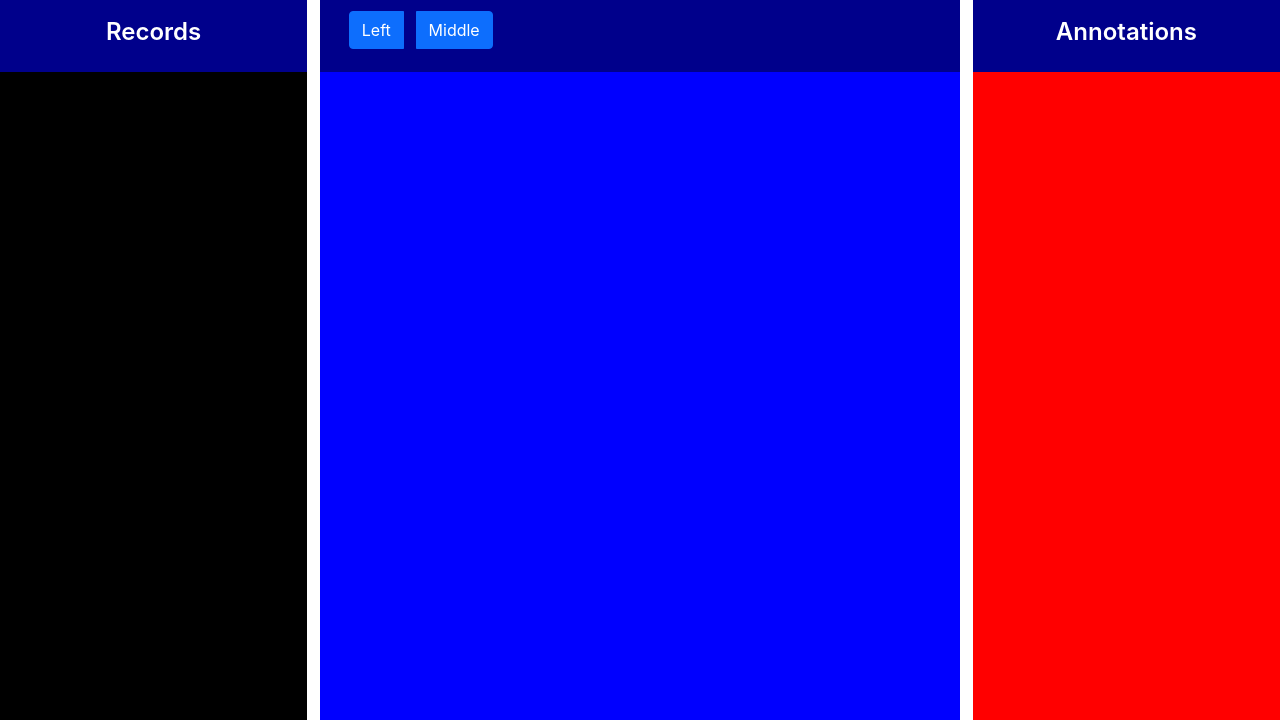
Repository: napan24/classforma_assignment
Page: / (app in client/)
These files come from the project's save history. The page is drawn as it stood at one moment and after the next save; the edit follows.
The browser window is 1280 px wide. The pictures show the whole page.
The project was rebuilt for these pictures with package versions that can differ from the ones it lists, and the page was loaded fresh each time. Also part of the build but not shown: client/src/App.css.

Above is the page before, as saved 2022-07-19 17:02:42.

After the next save:
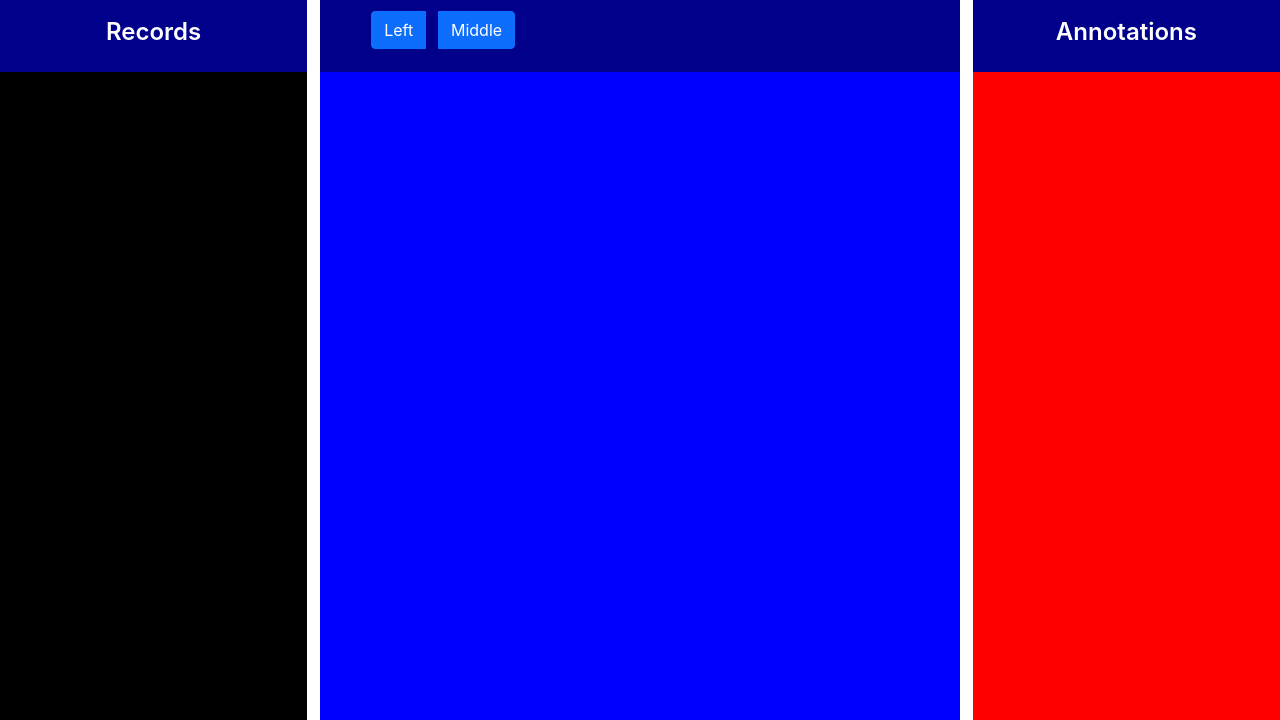
Saved 4 s later.
--- a/client/src/Home.js
+++ b/client/src/Home.js
@@ -16,7 +16,7 @@ const Home = () => {
                 </div>
                 <div style={{ width: "50vw", height: "100vh", backgroundColor: "blue", marginRight: "1vw" }}>
                     <div style={{ width: "50vw", height: "10vh", backgroundColor: "#00008b" }}>
-                        <div class="btn-group" role="group" aria-label="Basic example" style={{marginTop:"1.5vh",marginLeft:"4vh"}}>
+                        <div class="btn-group" role="group" aria-label="Basic example" style={{marginTop:"1.5vh",marginLeft:"4vw"}}>
                             <button type="button" class="btn btn-primary" style={{marginRight:"1vw"}}>Left</button>
                             <button type="button" class="btn btn-primary">Middle</button>
                         </div>
